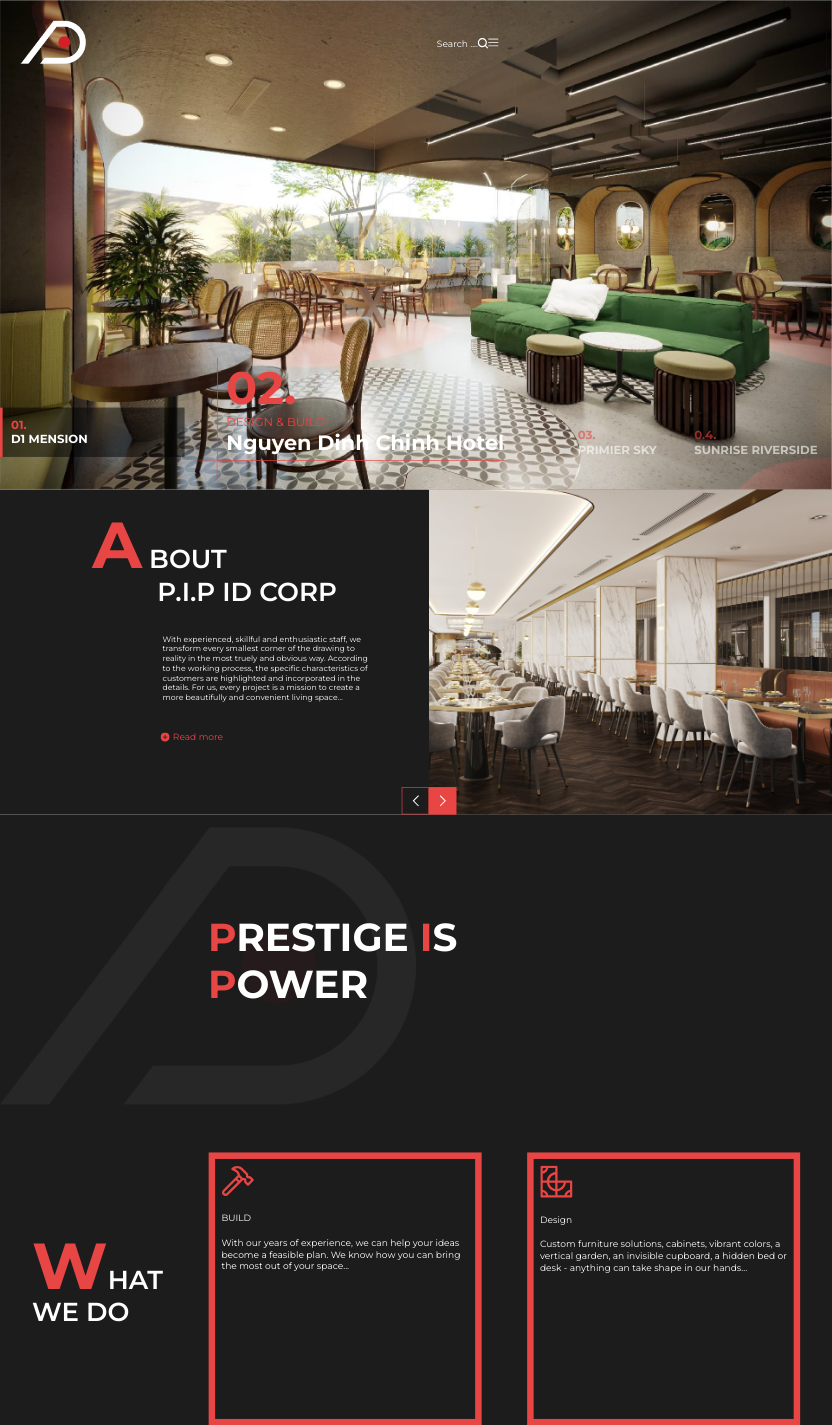
Repository: huudang2840/pipHomePage
Page: index.html
These files come from the project's save history. The page is drawn as it stood at one moment and after the next save; the edit follows.
The browser window is 1280 px wide. The pictures show the whole page, at 65% of full size.

Above is the page before, as saved 2023-03-21 15:10:39.

### index.html
<!DOCTYPE html>
<html lang="en">
  <head>
    <meta charset="UTF-8" />
    <meta http-equiv="X-UA-Compatible" content="IE=edge" />
    <meta name="viewport" content="width=device-width, initial-scale=1.0" />
    <title>Pip Home Page</title>

    <!-- CSS -->
    <link rel="stylesheet" href="style/style.css" />

    <!-- Fonts -->
    <link rel="preconnect" href="https://fonts.googleapis.com" />
    <link rel="preconnect" href="https://fonts.gstatic.com" crossorigin />
    <link
      href="https://fonts.googleapis.com/css2?family=Montserrat:wght@400;600;700&display=swap"
      rel="stylesheet"
    />
  </head>
  <body>
    <!-- Header -->
    <header class="header">
      <div class="header__img">
        <img src="/img/logo.png" alt="" />
      </div>
      <div class="header__option">
        <div class="option__search">
          <p>Search ....</p>
          <svg
            width="16"
            height="17"
            viewBox="0 0 16 17"
            fill="none"
            xmlns="http://www.w3.org/2000/svg"
          >
            <path
              d="M15.7189 14.9442L12.6438 11.8691C13.5758 10.6491 14.0869 9.16936 14.0871 7.60786C14.0871 5.72609 13.3542 3.95682 12.0234 2.62623C10.6928 1.29564 8.92376 0.562744 7.04176 0.562744C5.15999 0.562744 3.39072 1.29564 2.06013 2.62623C-0.68671 5.3733 -0.68671 9.84287 2.06013 12.5895C3.39072 13.9203 5.15999 14.6532 7.04176 14.6532C8.60326 14.653 10.0831 14.1419 11.3031 13.2099L14.3781 16.285C14.563 16.4701 14.8059 16.5627 15.0485 16.5627C15.2911 16.5627 15.5339 16.4701 15.7189 16.285C16.0892 15.9148 16.0892 15.3143 15.7189 14.9442ZM3.40091 11.2487C1.39344 9.24124 1.39368 5.97471 3.40091 3.96701C4.37339 2.99476 5.66649 2.4591 7.04176 2.4591C8.41726 2.4591 9.71012 2.99476 10.6826 3.96701C11.6551 4.93949 12.1908 6.23258 12.1908 7.60786C12.1908 8.98336 11.6551 10.2762 10.6826 11.2487C9.71012 12.2212 8.41726 12.7568 7.04176 12.7568C5.66649 12.7568 4.37339 12.2212 3.40091 11.2487Z"
              fill="white"
            />
          </svg>
        </div>
        <div class="option__lang"></div>
        <div class="option__menu">
          <svg
            width="16"
            height="13"
            viewBox="0 0 16 13"
            fill="none"
            xmlns="http://www.w3.org/2000/svg"
          >
            <path
              d="M16 10.9167V12.25H0V10.9167H16ZM16 5.58333V6.91667H0V5.58333H16ZM16 0.25V1.58333H0V0.25H16Z"
              fill="white"
            />
          </svg>
        </div>
        <div class="option__share"></div>
      </div>
    </header>

    <!-- Main -->
    <section>
      <div class="intro">
        <div class="intro__background">
          <img src="/img/page1.png" alt="" srcset="" id="masked" />
        </div>
        <div class="intro__list">
          <div class="list__left">
            <div>
              <span>
                <p>01.</p>
                <p>D1 Mension</p>
              </span>
            </div>
            <div>
              <span id="active_intro">
                <h1>02.</h1>
                <p>Design & build</p>
                <h1>Nguyen Dinh Chinh Hotel</h1>
                <div class="border__box"></div>
              </span>
            </div>
          </div>

          <div class="list__right">
            <div>
              <span>
                <p>03.</p>
                <p>Primier Sky</p>
              </span>
            </div>
            <div>
              <span>
                <p>0.4.</p>
                <p>Sunrise Riverside</p>
              </span>
            </div>
          </div>
        </div>
      </div>
      <div class="about">
        <div class="about__left">
          <span>
            <span>
              <h1><span class="text-red">A</span> bout</h1>
            </span>
            <h1 class="ml-100">P.I.P ID CORP</h1>
          </span>
          <span class="about__left__textaera">
            <p>
              With experienced, skillful and enthusiastic staff, we transform every smallest corner
              of the drawing to reality in the most truely and obvious way. According to the working
              process, the specific characteristics of customers are highlighted and incorporated in
              the details. For us, every project is a mission to create a more beautifully and
              convenient living space…
            </p>
          </span>
          <div class="read-more">
            <svg
              width="14"
              height="14"
              viewBox="0 0 14 14"
              fill="none"
              xmlns="http://www.w3.org/2000/svg"
            >
              <path
                d="M7 0C3.14005 0 0 3.14005 0 7C0 10.86 3.14005 14 7 14C10.86 14 14 10.86 14 7C14 3.14005 10.86 0 7 0ZM10.0625 7.5833H7.5833V10.0625C7.5833 10.3845 7.32204 10.6458 7 10.6458C6.67796 10.6458 6.4167 10.3845 6.4167 10.0625V7.5833H3.9375C3.61546 7.5833 3.3542 7.32204 3.3542 7C3.3542 6.67796 3.61546 6.4167 3.9375 6.4167H6.4167V3.9375C6.4167 3.61546 6.67796 3.3542 7 3.3542C7.32204 3.3542 7.5833 3.61546 7.5833 3.9375V6.4167H10.0625C10.3845 6.4167 10.6458 6.67796 10.6458 7C10.6458 7.32204 10.3845 7.5833 10.0625 7.5833Z"
                fill="#E84545"
              />
            </svg>
            <p>Read more</p>
          </div>
          <div class="arrow_prev">
            <svg
              width="11"
              height="18"
              viewBox="0 0 11 18"
              fill="none"
              xmlns="http://www.w3.org/2000/svg"
            >
              <path d="M10 17L2 9L10 1" stroke="white" stroke-width="1.6" />
            </svg>
          </div>
        </div>
        <div class="about__right">
          <img src="/img/about.jpeg" alt="" />
          <div class="arrow_next">
            <svg
              width="11"
              height="18"
              viewBox="0 0 11 18"
              fill="none"
              xmlns="http://www.w3.org/2000/svg"
            >
              <path d="M1 1L9 9L1 17" stroke="white" stroke-width="1.6" />
            </svg>
          </div>
        </div>
      </div>
      <div class="wedo">
        <div class="wedo__top">
          <div class="wedo__top__logo">
            <img src="/img/logo2.png" alt="" srcset="" />
          </div>
          <h2 class="wedo__top__text"><span>P</span>restige <span>i</span>s <span>P</span>ower</h2>
        </div>
        <div class="wedo__bottom">
          <span>
            <h1 class="wedo__bottom__text"><span class="text-red">W</span>hat</h1>
            <h1 class="wedo__bottom__text">We do</h1>
          </span>

          <div class="wedo__bottom__item selected">
            <!-- <img src="/img/wedo1.png" alt="" /> -->
            <svg
              width="50"
              height="48"
              viewBox="0 0 50 48"
              fill="none"
              xmlns="http://www.w3.org/2000/svg"
            >
              <path
                d="M48.9873 21.1033L44.931 17.0479C44.6268 16.7437 44.2209 16.5625 43.7911 16.5386L40.962 16.3804L40.8901 13.6863C40.8782 13.2385 40.6953 12.8113 40.3783 12.4951L32.3717 4.48853C30.1056 2.22241 27.0927 0.973145 23.8875 0.973145C23.8849 0.973145 23.8823 0.973145 23.8798 0.973145C20.6754 0.974854 17.6633 2.22412 15.3989 4.48853C14.9683 4.91919 14.7922 5.54126 14.9341 6.13257C15.0759 6.72559 15.5151 7.20068 16.0936 7.39038C22.7092 9.54797 24.1731 12.4049 24.6757 15.0402L2.11755 37.5984C-0.0357666 39.7517 -0.0357666 43.2551 2.11755 45.4084C4.27087 47.5618 7.77429 47.5618 9.92761 45.4084L28.4667 26.8694C28.4674 26.8686 28.4685 26.8684 28.4692 26.8677C28.47 26.8669 28.4702 26.8659 28.4709 26.8651L32.5843 22.7518L34.5305 22.804L34.6976 25.6372C34.7224 26.0645 34.9036 26.4695 35.2069 26.772L39.2632 30.8274C39.605 31.1692 40.0527 31.3401 40.5005 31.3401C40.9482 31.3401 41.396 31.1692 41.7378 30.8274L48.9873 23.5779C49.3154 23.2498 49.5 22.8054 49.5 22.3406C49.5 21.8757 49.3154 21.4314 48.9873 21.1033ZM38.1523 24.7673L37.978 21.8125C37.9532 21.3853 37.7721 20.9802 37.4688 20.6777L36.6296 19.8386C36.285 19.5467 35.8884 19.3765 35.4393 19.3259L32.6357 19.2507L28.1915 14.8074C27.6429 11.4988 26.0912 7.94067 20.2883 5.26782C21.3983 4.74829 22.6194 4.47485 23.8823 4.47314H23.8875C26.157 4.47314 28.2915 5.35669 29.8971 6.96313L37.4106 14.4758L37.4858 17.3025C37.5493 17.7349 37.6595 18.1839 37.9918 18.4919L37.9952 18.4886C37.9967 18.4901 37.997 18.4922 37.9985 18.4937L38.8265 19.3208C39.1307 19.625 39.5366 19.8062 39.9656 19.8301L42.929 19.9958L45.2754 22.3406L40.5005 27.1155L38.1523 24.7673ZM7.453 42.9338C6.66345 43.7234 5.38171 43.7234 4.59216 42.9338C3.80347 42.1443 3.80347 40.8625 4.59216 40.073L21.8961 22.7691L24.7569 25.6299L7.453 42.9338ZM27.2315 23.1553L24.3707 20.2945L26.5492 18.116L29.41 20.9768L27.2315 23.1553Z"
                fill="#E84545"
              />
            </svg>
            <h3>BUILD</h3>
            <p>
              With our years of experience, we can help your ideas become a feasible plan. We know
              how you can bring the most out of your space...
            </p>
          </div>
          <div class="wedo__bottom__item">
            <svg
              width="50"
              height="50"
              viewBox="0 0 50 50"
              fill="none"
              xmlns="http://www.w3.org/2000/svg"
            >
              <path
                d="M47.75 23.25H26.75V2.25C26.75 1.28357 25.9664 0.5 25 0.5H2.25C1.28357 0.5 0.5 1.28357 0.5 2.25V47.75C0.5 48.7164 1.28357 49.5 2.25 49.5H47.75C48.7164 49.5 49.5 48.7164 49.5 47.75V39V25C49.5 24.0336 48.7164 23.25 47.75 23.25ZM46 37.4081C41.6125 38.1488 38.1488 41.6125 37.4081 46H26.75V39.7627C33.554 38.9605 38.9605 33.554 39.7627 26.75H46V37.4081ZM46 46H40.9713C41.6062 43.5433 43.5433 41.6062 46 40.9713V46ZM4 12.5919C8.3875 11.8512 11.8512 8.3875 12.5919 4H23.25V10.2373C16.446 11.0395 11.0395 16.446 10.2373 23.25H4V12.5919ZM4 4H9.02869C8.3938 6.45667 6.45667 8.3938 4 9.02869V4ZM23.25 26.75V36.226C18.3799 35.4688 14.5312 31.6201 13.774 26.75H23.25ZM26.75 26.75H36.2408C35.4855 31.6218 31.6204 35.4564 26.75 36.2148V26.75ZM23.25 23.25H13.7852C14.5436 18.3796 18.3782 14.5145 23.25 13.7592V23.25ZM4 46V40.9713C6.45667 41.6062 8.3938 43.5433 9.02869 46H4ZM4 37.4081V26.75H10.2373C11.0395 33.554 16.446 38.9605 23.25 39.7627V46H12.5919C11.8512 41.6125 8.3875 38.1488 4 37.4081Z"
                fill="#E84545"
              />
            </svg>
            <h3>Design</h3>
            <p>
              Custom furniture solutions, cabinets, vibrant colors, a vertical garden, an invisible
              cupboard, a hidden bed or desk - anything can take shape in our hands...
            </p>
          </div>
        </div>
      </div>
      <div class="projects"></div>
      <div class="customer"></div>
      <div class="contact"></div>
    </section>

    <!-- Footer -->
    <footer></footer>
  </body>
  <script src="/js/index.js"></script>
</html>

### style/style.css
:root {
  --color-bg: #1c1c1c;
  --color-red: #e84545;
}
* {
  margin: 0;
  padding: 0;
  color: white;
  font-family: "Montserrat", sans-serif;
  font-size: 14px;
  font-weight: 400;
  list-style: none;
}
/* Header */
.header {
  position: fixed;
  display: flex;
  width: 100%;
  background-color: transparent;
  justify-content: space-between;
  align-items: center;
  z-index: 10;
  padding: 32px;
}
.header__img {
  flex: 1;
}
.header__img > img {
  width: 100px;
  height: 66px;
}
#masked {
  z-index: 10;
  /* background-color: black; */
  /* background: radial-gradient(50% 50% at 50% 50%, rgba(0, 0, 0, 0) 0%, #000000 100%); */

  /* -webkit-mask-image: radial-gradient(
    circle at 50% 50%,
    rgb(0, 0, 0) 40%,
    rgba(0, 0, 0, 0.617) 70%
  ); */

  /* -webkit-mask-image: radial-gradient(circle at center, red 0, blue, green 100%); */
}

.header__option {
  flex: 1;
  width: 100px;
  height: 66px;
  display: flex;
  align-items: center;
}

.option__search {
  display: flex;
}
.option__menu {
  width: 50px;
}

/* Intro */
.intro {
  position: relative;
}
.intro__background {
  height: 100%;
  width: 100%;
}

.intro__background > img {
  width: 100%;
  object-fit: cover;
  display: block;
}
.intro__list {
  display: flex;
  width: 100%;
  position: absolute;
  bottom: 50px;
  justify-content: space-between;
}

.intro__list span {
  height: 100%;
  display: flex;
  flex-direction: column;
  justify-content: center;
  padding-left: 13px;
}
.intro__list span > * {
  font-size: 18px;
  font-weight: 700;
  text-transform: uppercase;
  z-index: 10;
}
.intro__list span > p:nth-child(1) {
  color: var(--color-red);
}
.list__left {
  display: flex;
  flex: 2;
}
.list__left div:nth-child(1) {
  height: 76px;
  width: 280px;
  align-self: end;
  border-left: 4px solid var(--color-red);
  background: rgb(0, 0, 0, 0.5);
}

.list__right {
  display: flex;
  flex: 1;
  align-self: flex-end;
  opacity: 0.6;
  justify-content: space-around;
}

#active_intro {
  margin-left: 50px;
  border-bottom: 1px solid var(--color-red);
  border-left: 1px solid var(--color-red);
  position: relative;
  padding-bottom: 5px;
}
#active_intro h1:nth-child(1) {
  font-size: 70px;
  color: var(--color-red);
}
#active_intro p {
  font-size: 18px;
  font-weight: 400;
  color: var(--color-red);
}
#active_intro h1:nth-child(3) {
  font-size: 32px;
  text-transform: none;
}

.border__box {
  position: absolute;
  left: -31px;
  bottom: -31px;
  height: 30px;
  width: 30px;
  border-top: 1px solid var(--color-red);
  border-right: 1px solid var(--color-red);
}
/* About */
.about {
  background-color: var(--color-bg);
  display: flex;
  height: 500px;
}
.about__left {
  flex: 1;
  padding-top: 60px;
  display: flex;
  flex-direction: column;
  align-items: center;
  position: relative;
}
.arrow_prev {
  display: flex;
  position: absolute;
  height: 40px;
  width: 40px;
  border: 1.6px solid var(--color-red);
  align-items: center;
  justify-content: center;
  bottom: 0;
  right: 0;
}
.text-red {
  font-weight: 700;
  font-size: 100px;
  /* line-height: 195px; */
  color: var(--color-red);
}
.about__left h1 {
  font-weight: 600;
  font-size: 40px;
  text-transform: uppercase;
  line-height: 50px;
}
.text-about {
  display: flex;
}
.about__right {
  flex: 1;
  position: relative;
}
.arrow_next {
  display: flex;
  position: absolute;
  height: 40px;
  width: 40px;
  border: 1.6px solid var(--color-red);
  background-color: var(--color-red);
  align-items: center;
  justify-content: center;
  bottom: 0;
  left: 1;
}
.about__right > img {
  height: 100%;
  width: 100%;
  object-fit: cover;
}
.about__left__textaera {
  margin-top: 40px;
}
.about__left__textaera p {
  margin-left: 250px;
  margin-right: 90px;
  width: 320px;
  overflow-wrap: break-word;
  font-size: 12px;
}
.read-more {
  display: flex;
  margin-top: 45px;
  margin-right: 70px;
  align-items: center;
}
.read-more p {
  margin-left: 5px;
  color: var(--color-red);
}
.ml-100 {
  margin-left: 100px;
}

/* Wedo */
.wedo {
  background-color: var(--color-bg);
}
.wedo__top {
  position: relative;
  width: 100%;
}

.wedo__top__logo {
  padding-top: 20px;
  opacity: 0.05;
  width: 50%;
}
.wedo__top__text {
  position: absolute;
  top: 50%;
  left: 50%;
  /* width: 100%; */
  transform: translate(-50%, -50%);
  font-weight: 700;
  font-size: 60px;
  text-transform: uppercase;
}

.wedo__top__text span {
  font-weight: 700;
  font-size: 60px;
  color: var(--color-red);
}
.wedo__top__text span h1:nth-child(2) {
  margin-left: 100px;
}

.wedo__top__logo img {
  width: 100%;
  height: 100%;
}
.wedo__bottom {
  display: flex;
  align-items: center;
  justify-content: center;
  padding-top: 70px;
}

.wedo__bottom__item {
  height: 400px;
  width: 400px;
  border: 10px solid var(--color-red);
  margin-left: 70px;
}
.wedo__bottom__item > * {
  padding: 10px;
}

.wedo__bottom h1 {
  font-weight: 600;
  font-size: 40px;
  text-transform: uppercase;
  line-height: 50px;
}

Loaded but not shown: js/index.js (no copy from this time; the picture is the same without it)

After the next save:
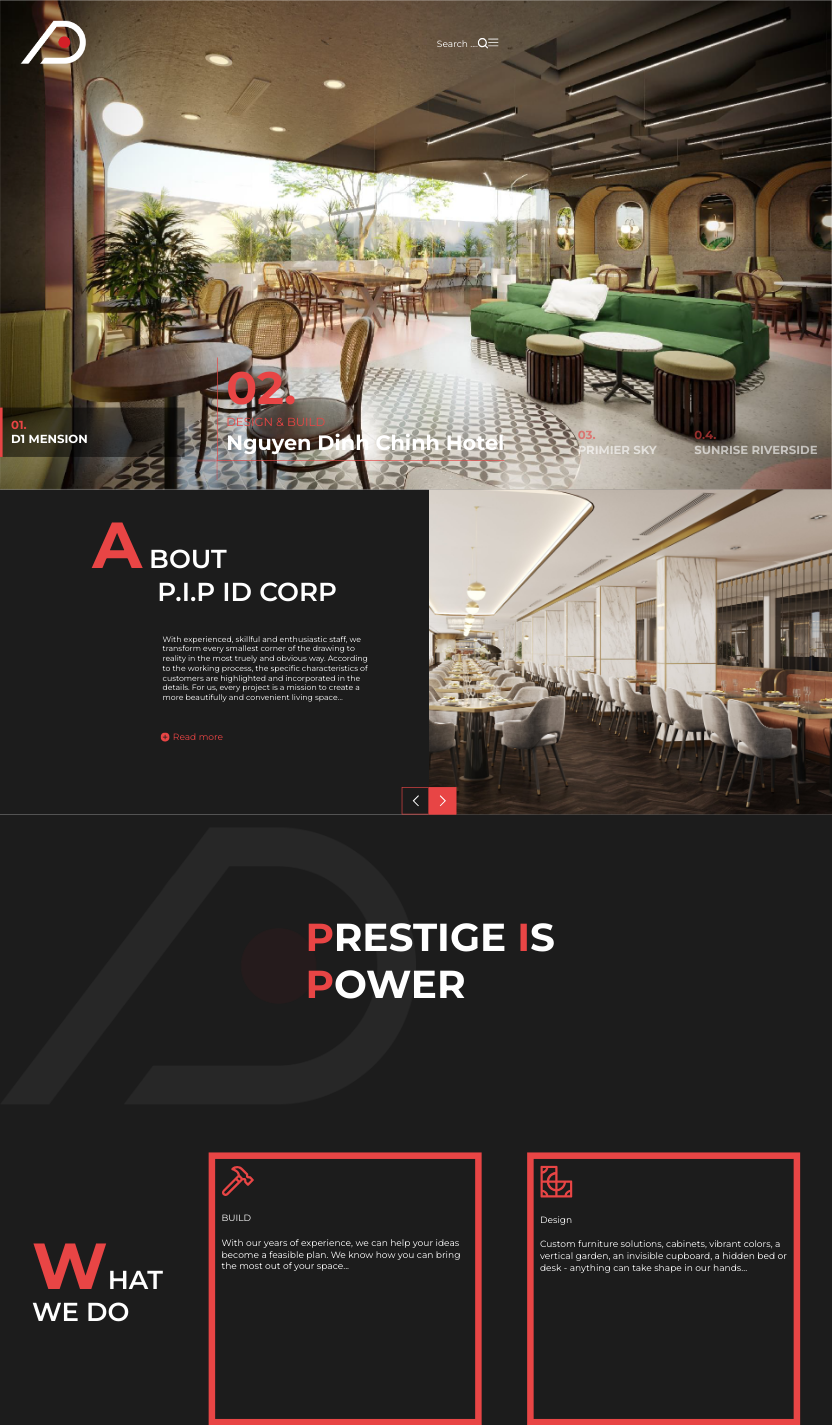
Saved 14 s later.
--- a/style/style.css
+++ b/style/style.css
@@ -261,7 +261,7 @@
   font-size: 60px;
   color: var(--color-red);
 }
-.wedo__top__text span h1:nth-child(2) {
+.wedo__top__text:nth-child(2) {
   margin-left: 100px;
 }
 
